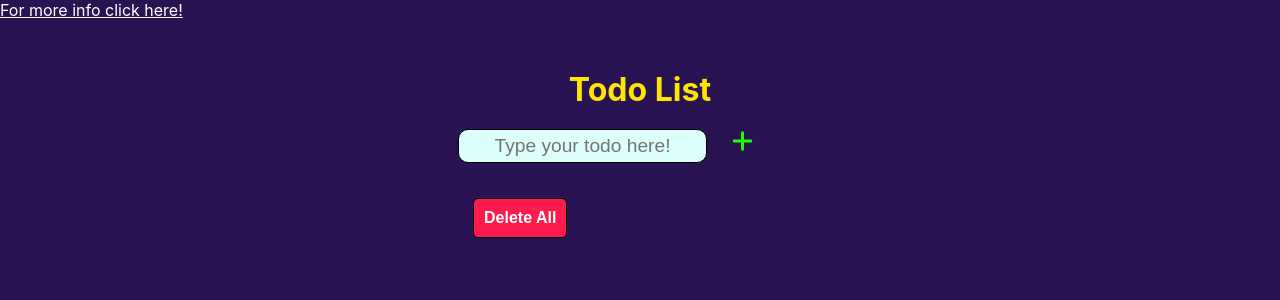
Repository: badhon252/todo-app
Page: /
An editor plug-in stored every save of this project. The page is shown before and after a run of saves, followed by the edit.
The browser window is 1280 px wide. The pictures show the whole page.
The project was rebuilt for these pictures with package versions that can differ from the ones it lists, and the page was loaded fresh each time.

Above is the page before, as saved 2022-01-26 23:13:21.

### public/index.html
<!DOCTYPE html>
<html lang="en">

<head>
  <meta charset="utf-8" />
  <link rel="icon" href="%PUBLIC_URL%/favicon.ico" />
  <meta name="viewport" content="width=device-width, initial-scale=1" />
  <meta name="theme-color" content="#000000" />
  <meta name="description" content="Web site created using create-react-app" />
  <link rel="apple-touch-icon" href="%PUBLIC_URL%/logo192.png" />

  <link rel="manifest" href="%PUBLIC_URL%/manifest.json" />

  <link rel="stylesheet" href="https://cdnjs.cloudflare.com/ajax/libs/font-awesome/5.15.4/css/all.min.css"
    integrity="sha512-1ycn6IcaQQ40/MKBW2W4Rhis/DbILU74C1vSrLJxCq57o941Ym01SwNsOMqvEBFlcgUa6xLiPY/NS5R+E6ztJQ=="
    crossorigin="anonymous" referrerpolicy="no-referrer" />
  <title>React App</title>
</head>

<body>
  <noscript>You need to enable JavaScript to run this app.</noscript>
  <div id="root"></div>
  <!--
      This HTML file is a template.
      If you open it directly in the browser, you will see an empty page.

      You can add webfonts, meta tags, or analytics to this file.
      The build step will place the bundled scripts into the <body> tag.

      To begin the development, run `npm start` or `yarn start`.
      To create a production bundle, use `npm run build` or `yarn build`.
    -->
</body>

</html>

### src/App.js
import Todo from "./components/Todo";

function App() {
  return (
    <div className="App">
      <Todo />
    </div>
  );
}

export default App;

### src/components/Todo.js
import React, { useState, useEffect } from "react";
import { FontAwesomeIcon } from "@fortawesome/react-fontawesome";
import { faTrash, faEdit, faAdd } from "@fortawesome/free-solid-svg-icons";
import "../Styles/style.css";

const getLocalData = () => {
  const lists = localStorage.getItem("myTodoLists");

  if (lists) {
    return JSON.parse(lists);
  } else {
    return [];
  }
};

const Todo = () => {
  const [inputItems, setInputItems] = useState("");
  const [todo, setTodo] = useState(getLocalData());
  const [isEditItem, setIsEditItem] = useState("");
  const [toggleButton, setToggleButton] = useState(false);
  //   Adding Items ============
  const addItems = () => {
    if (!inputItems) {
      alert("Your input field is blank!!");
    } else if (inputItems && toggleButton) {
      setTodo(
        todo.map((curElem) => {
          if (curElem.id === isEditItem) {
            return { ...curElem, name: inputItems };
          }
          return curElem;
        })
      );
      setInputItems("");
      setIsEditItem(null);
      setToggleButton(false);
    } else {
      const myNewInput = {
        id: new Date().getTime().toString(),
        name: inputItems,
      };
      setTodo((e) => [...todo, myNewInput]);
      setInputItems("");
    }
  };

  //   edit items =======
  const editItem = (index) => {
    const itemTodoEdited = todo.find((curElem) => {
      return curElem.id === index;
    });
    setInputItems(itemTodoEdited.name);
    setIsEditItem(index);
    setToggleButton(true);
  };

  //   Deleting items ==========

  const handleDelete = (index) => {
    const updateItems = todo.filter((current) => {
      return current.id !== index;
    });
    setTodo(updateItems);
  };

  useEffect(() => {
    localStorage.setItem("myTodoLists", JSON.stringify(todo));
  }, [todo]);

  return (
    <>
      <div>
        <a href="https://github.com/khalidhossainbadhon/todo-app">
          For more info click here!
        </a>
      </div>

      <div className="main-div">
        <h1>Todo List</h1>
        <div className="inputs">
          <input
            type="text"
            name=""
            id="input-box"
            placeholder="Type your todo here!"
            value={inputItems}
            onChange={(e) => setInputItems(e.target.value)}
          />
          {toggleButton ? (
            <FontAwesomeIcon
              icon={faEdit}
              size="6x"
              className="add-btn edit"
              onClick={addItems}
            />
          ) : (
            <FontAwesomeIcon
              icon={faAdd}
              className="add-btn"
              onClick={addItems}
            />
          )}

          {/* <button type="submit" className="add-btn" onClick={addItems}>
          Add
        </button> */}
        </div>
        {/* showing items =============== */}
        <div className="show-items">
          {todo.map((currentItems) => {
            return (
              <div key={currentItems.id}>
                <li className="todo-item">
                  {currentItems.name}
                  <FontAwesomeIcon
                    icon={faEdit}
                    className="icon edit"
                    onClick={() => editItem(currentItems.id)}
                  />
                  <FontAwesomeIcon
                    icon={faTrash}
                    className="icon delete"
                    onClick={() => handleDelete(currentItems.id)}
                  />
                </li>
              </div>
            );
          })}
          <input
            type="button"
            value="Delete All"
            className="delete-all"
            onClick={() => setTodo([])}
          />
        </div>
      </div>
    </>
  );
};

export default Todo;

### src/Styles/style.css
* {
  margin: 0;
  padding: 0;
  background-color: #291352;
}

.main-div {
  padding-top: 50px;
  margin: auto;
  /* text-align: center; */
  width: 24rem;
}
h1 {
  color: #ffe600;
  text-align: center;
}
a {
  color: white;
  margin-top: 20px;
}
#input-box {
  color: #000000;
  padding: 5px 0;
  font-size: 1.2rem;
  border: 1px solid rgb(0, 0, 0);
  background-color: #ddfffb;
  border-radius: 10px;
  text-align: center;
}
.inputs {
  margin: 10px;
}

.add-btn {
  padding: 10px;
  /* background-color: rgb(0, 225, 255); */
  color: rgb(30, 255, 0);
  /* border: 1px solid rgb(0, 0, 0); */
  font-weight: bolder;
  font-size: 1.5rem;
  border-radius: 4px;
  cursor: pointer;
  margin: 0 0 -8px 15px;
}

.icon {
  margin: 0 10px;
  border-radius: 5px;
  cursor: pointer;
  text-align: right;
  /* background-color: rgb(0, 255, 34); */
  /* color: rgb(0, 0, 0); */
  /* border: 1px solid black; */
  /* font-weight: 700; */
}

.todo-item {
  /* background-color: #5b0080; */
  padding: 5px;
  color: white;
  font-size: 20px;
  font-weight: 700;
}

.edit {
  color: rgb(0, 255, 0);
  margin-left: 15px;
}
.delete {
  color: red;
}

.delete-all {
  background-color: rgb(252, 27, 76);
  color: rgb(255, 255, 255);
  font-weight: 600;
  border: 1px solid black;
  border-radius: 5px;
  font-size: 1rem;
  padding: 10px;
  margin: 25px;
  cursor: pointer;
}
li {
  background-color: #5f00cc;
  margin: 2px;
}

Loaded but not shown: src/index.js (common file); src/index.css (common file); src/reportWebVitals.js (common file)

After the next 2 saves:
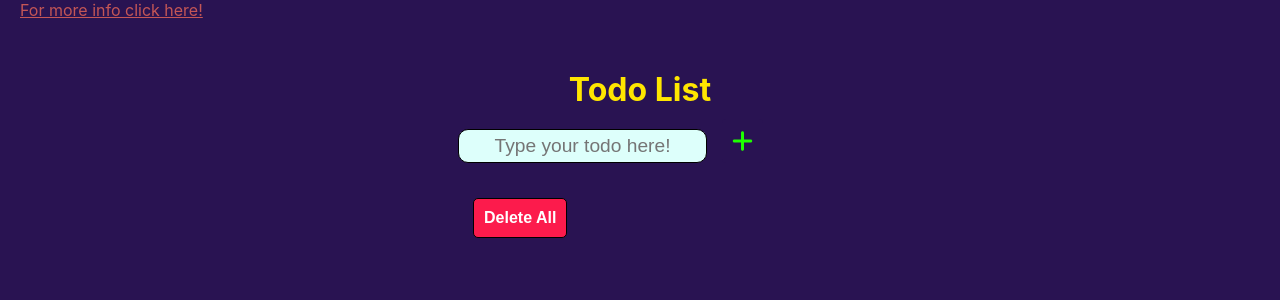
The 2 saves are shown as one change because they came seconds apart.
The last was saved 45 s later.
--- a/src/Styles/style.css
+++ b/src/Styles/style.css
@@ -15,8 +15,8 @@ h1 {
   text-align: center;
 }
 a {
-  color: white;
-  margin-top: 20px;
+  color: rgb(196, 86, 86);
+  padding: 20px;
 }
 #input-box {
   color: #000000;
